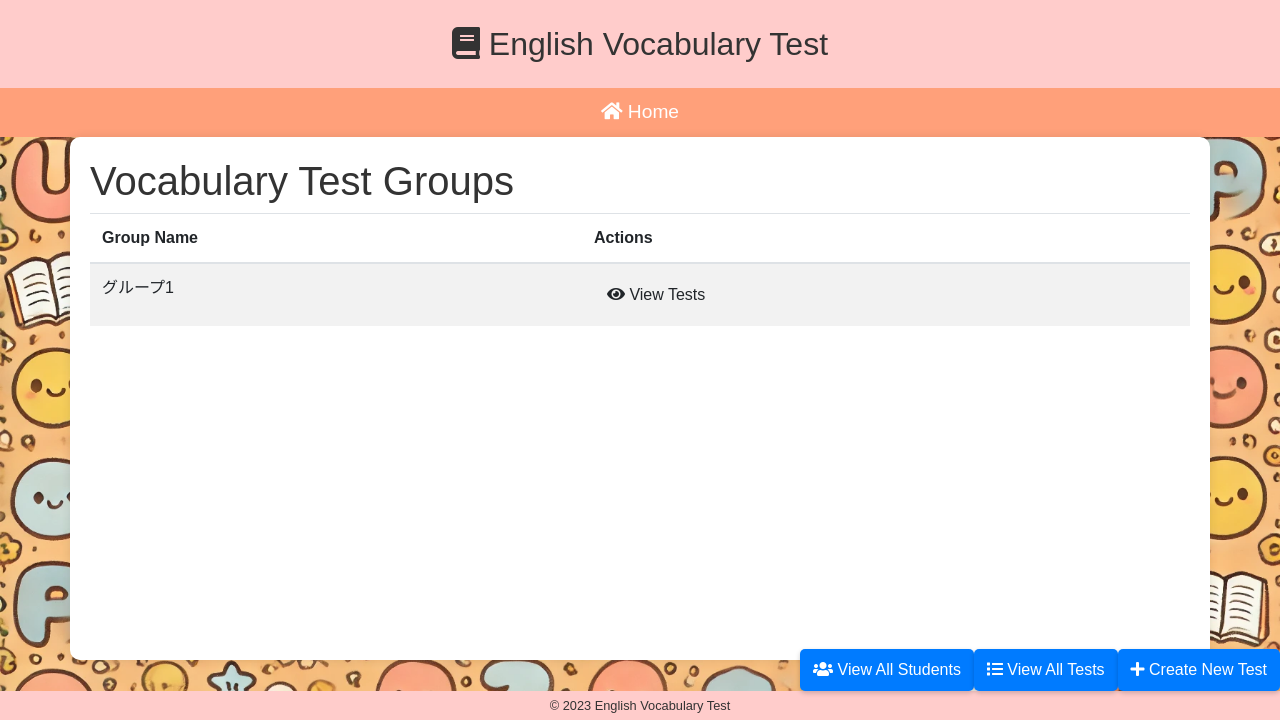
Repository: YamatoGH/testapp
Page: http://localhost/
The author's editor kept a copy of each file at every save. The page is drawn from the files as they stood at one save, then again after the next save.
The browser window is 1280 px wide. The pictures show the whole page.
The page is served by the project's application, run on Django 5.2 (manage.py). Other server files are loaded and not shown.

Above is the page before, as saved 2024-07-30 10:18:43.

### testapp/templates/testapp/home.html
<!DOCTYPE html>
<html>
<head>
    <title>Home</title>
    <link rel="stylesheet" href="https://stackpath.bootstrapcdn.com/bootstrap/4.3.1/css/bootstrap.min.css">
    <link rel="stylesheet" href="https://cdnjs.cloudflare.com/ajax/libs/font-awesome/5.15.3/css/all.min.css">
    <link rel="stylesheet" type="text/css" href="/static/testapp/css/style.css">
</head>
<body>
    <header>
        <i class="fas fa-book"></i> English Vocabulary Test
    </header>
    <nav>
        <a href="/"><i class="fas fa-home"></i> Home</a>
    </nav>
    <div class="container">
        <h1>Vocabulary Test Groups</h1>
        <table class="table table-striped table-hover">
            <thead>
                <tr>
                    <th>Group Name</th>
                    <th>Actions</th>
                </tr>
            </thead>
            <tbody>
                <tr>
                    <td>グループ1</td>
                    <td><a href="/group-tests/1/" class="btn btn-custom"><i class="fas fa-eye"></i> View Tests</a></td>
                </tr>
            </tbody>
        </table>
    </div>

    <div class="fixed-buttons">
        <a href="/students/" class="btn btn-custom view-all-students-button"><i class="fas fa-users"></i> View All Students</a>
        <a href="/all-tests/" class="btn btn-custom all-tests-button"><i class="fas fa-list"></i> View All Tests</a>
        <a href="/create-test/" class="btn btn-custom create-test-button"><i class="fas fa-plus"></i> Create New Test</a>
    </div>

    <footer>
        © 2023 English Vocabulary Test
    </footer>

    <script>
        document.addEventListener("DOMContentLoaded", function() {
            var coll = document.getElementsByClassName("collapsible");
            for (var i = 0; i < coll.length; i++) {
                coll[i].addEventListener("click", function() {
                    this.classList.toggle("active");
                    var content = this.nextElementSibling;
                    if (content.style.display === "block") {
                        content.style.display = "none";
                    } else {
                        content.style.display = "block";
                    }
                });
            }
        });
    </script>
</body>
</html>

### testapp/views.py
from django.shortcuts import render, get_object_or_404, redirect
from .models import Test, Word, Student, Group
from .forms import StudentDetailForm, TestForm
import random

def home(request):
    groups = Group.objects.all()
    return render(request, 'testapp/home.html', {'groups': groups})

def create_test(request):
    if request.method == 'POST':
        form = TestForm(request.POST, request.FILES)  # request.FILESを追加
        if form.is_valid():
            test = form.save()
            return redirect('home')
    else:
        form = TestForm()
    return render(request, 'testapp/create_test.html', {'form': form})

def test_detail(request, pk):
    test = get_object_or_404(Test, pk=pk)
    words = test.words.all()
    return render(request, 'testapp/test_detail.html', {'test': test, 'words': words})

def all_tests(request):
    tests = Test.objects.all()
    return render(request, 'testapp/all_tests.html', {'tests': tests})

def print_test(request, pk, start_index, end_index, shuffle):
    test = get_object_or_404(Test, pk=pk)
    words = list(test.words.all())
    if shuffle == 'yes':
        random.shuffle(words)
    words = words[start_index:end_index]
    return render(request, 'testapp/print_test.html', {'test': test, 'words': words})

def print_test_with_answers(request, pk, start_index, end_index, shuffle):
    test = get_object_or_404(Test, pk=pk)
    words = list(test.words.all())
    if shuffle == 'yes':
        random.shuffle(words)
    words = words[start_index:end_index]
    return render(request, 'testapp/print_test_with_answers.html', {'test': test, 'words': words})

def add_student(request):
    if request.method == 'POST':
        form = StudentDetailForm(request.POST)
        if form.is_valid():
            form.save()
            return redirect('student_list')
    else:
        form = StudentDetailForm()
    return render(request, 'testapp/add_student.html', {'form': form})

def student_list(request):
    students = Student.objects.all()
    return render(request, 'testapp/student_list.html', {'students': students})

def student_detail(request, pk):
    student = get_object_or_404(Student, pk=pk)
    if request.method == 'POST':
        form = StudentDetailForm(request.POST, instance=student)
        if form.is_valid():
            form.save()
            return redirect('student_detail', pk=student.pk)
    else:
        form = StudentDetailForm(instance=student)
    return render(request, 'testapp/student_detail.html', {'student': student, 'form': form})

def group_tests(request, pk):
    group = get_object_or_404(Group, pk=pk)
    tests = group.tests.all()
    return render(request, 'testapp/group_tests.html', {'group': group, 'tests': tests})

### vocab_test/urls.py
"""
URL configuration for vocab_test project.

The `urlpatterns` list routes URLs to views. For more information please see:
    https://docs.djangoproject.com/en/5.0/topics/http/urls/
Examples:
Function views
    1. Add an import:  from my_app import views
    2. Add a URL to urlpatterns:  path('', views.home, name='home')
Class-based views
    1. Add an import:  from other_app.views import Home
    2. Add a URL to urlpatterns:  path('', Home.as_view(), name='home')
Including another URLconf
    1. Import the include() function: from django.urls import include, path
    2. Add a URL to urlpatterns:  path('blog/', include('blog.urls'))
"""
from django.contrib import admin
from django.urls import include, path
from django.conf import settings
from django.conf.urls.static import static

urlpatterns = [
    path('admin/', admin.site.urls),
    path('', include('testapp.urls')),
]+ static(settings.MEDIA_URL, document_root=settings.MEDIA_ROOT)

### testapp/urls.py
from django.urls import path
from . import views

urlpatterns = [
    path('', views.home, name='home'),
    path('create-test/', views.create_test, name='create_test'),
    path('test/<int:pk>/', views.test_detail, name='test_detail'),
    path('print-test/<int:pk>/<int:start_index>/<int:end_index>/<str:shuffle>/', views.print_test, name='print_test'),
    path('print-test-with-answers/<int:pk>/<int:start_index>/<int:end_index>/<str:shuffle>/', views.print_test_with_answers, name='print_test_with_answers'),
    path('add-student/', views.add_student, name='add_student'),
    path('students/', views.student_list, name='student_list'),
    path('students/<int:pk>/', views.student_detail, name='student_detail'),
    path('group-tests/<int:pk>/', views.group_tests, name='group_tests'),
    path('all-tests/', views.all_tests, name='all_tests'),  # 追加
]

### testapp/static/testapp/css/style.css
body {
    font-family: 'Comic Sans MS', cursive, sans-serif;
    background-color: #f0f8ff;
    color: #333;
    margin: 0;
    padding: 0;
    background-image: url('/static/testapp/images/background.jpg');
    background-size: cover;
    background-repeat: no-repeat;
    background-attachment: fixed;
    display: flex;
    flex-direction: column;
    min-height: 100vh;
}

header {
    background-color: #ffcccb;
    padding: 20px;
    text-align: center;
    font-size: 2em;
    color: #333;
}

nav {
    background-color: #ffa07a;
    padding: 10px;
    text-align: center;
}

nav a {
    margin: 0 15px;
    color: #fff;
    text-decoration: none;
    font-size: 1.2em;
}

nav a:hover {
    text-decoration: underline;
}

.container {
    flex: 1;
    padding: 20px;
    background-color: rgba(255, 255, 255, 1.0);
    border-radius: 10px;
    box-shadow: 0 0 10px rgba(0, 0, 0, 0.1);
    margin-bottom: 60px;
}

footer {
    background-color: #ffcccb;
    padding: 5px;
    text-align: center;
    font-size: 0.8em;
    position: fixed;
    width: 100%;
    bottom: 0;
}

form .btn-save {
    background-color: #28a745 !important;
    color: white !important;
    padding: 10px 20px !important;
    border: none !important;
    text-align: center !important;
    text-decoration: none !important;
    display: inline-block !important;
    font-size: 16px !important;
    margin: 4px 2px !important;
    transition-duration: 0.4s !important;
    cursor: pointer !important;
}

form .btn-save:hover {
    background-color: white !important;
    color: black !important;
    border: 2px solid #28a745 !important;
}

form .btn-print {
    background-color: #87CEEB !important;
    color: white !important;
    padding: 10px 20px !important;
    border: none !important;
    text-align: center !important;
    text-decoration: none !important;
    display: inline-block !important;
    font-size: 16px !important;
    margin: 4px 2px !important;
    transition-duration: 0.4s !important;
    cursor: pointer !important;
}

form .btn-print:hover {
    background-color: white !important;
    color: black !important;
    border: 2px solid #87CEEB !important;
}

form .btn-custom {
    background-color: #ffa07a !important;
    color: white !important;
    padding: 8px 12px !important;
    border: none !important;
    text-align: center !important;
    text-decoration: none !important;
    display: inline-block !important;
    font-size: 16px !important;
    margin: 0 !important;
    transition-duration: 0.4s !important;
    cursor: pointer !important;
}

form .btn-custom:hover {
    background-color: white !important;
    color: black !important;
    border: 2px solid #ffa07a !important;
}


.collapsible {
    cursor: pointer;
    padding: 10px;
    width: 100%;
    border: none;
    text-align: center;
    outline: none;
    font-size: 1em;
}

.active, .collapsible:hover {
    background-color: #ddd;
}

.collapsible-content {
    display: none;
    overflow: hidden;
    padding: 0 10px;
}

.fixed-buttons {
    position: fixed !important;
    bottom: 29px !important;
    right: 0px !important;
    display: flex !important;
    flex-direction: row !important;
    gap: 0 !important;
    align-items: center !important;
    z-index: 1000 !important;
    padding: 0 !important;
}

.fixed-buttons .btn-custom {
    background-color: #007bff !important;
    color: white !important;
    padding: 8px 12px !important;
    border-radius: 5px !important;
    text-decoration: none !important;
    box-shadow: 0 2px 5px rgba(0,0,0,0.2) !important;
    transition: background-color 0.3s ease !important;
}

.fixed-buttons .btn-custom:hover {
    background-color: #0056b3 !important;
}

.view-all-students-button,
.all-tests-button,
.create-test-button {
    margin: 0 !important;
}

.form-group {
    display: flex !important;
    align-items: center !important;
}

.form-group button,
.form-group .btn-custom {
    margin-left: 10px !important;
}

After the next save:
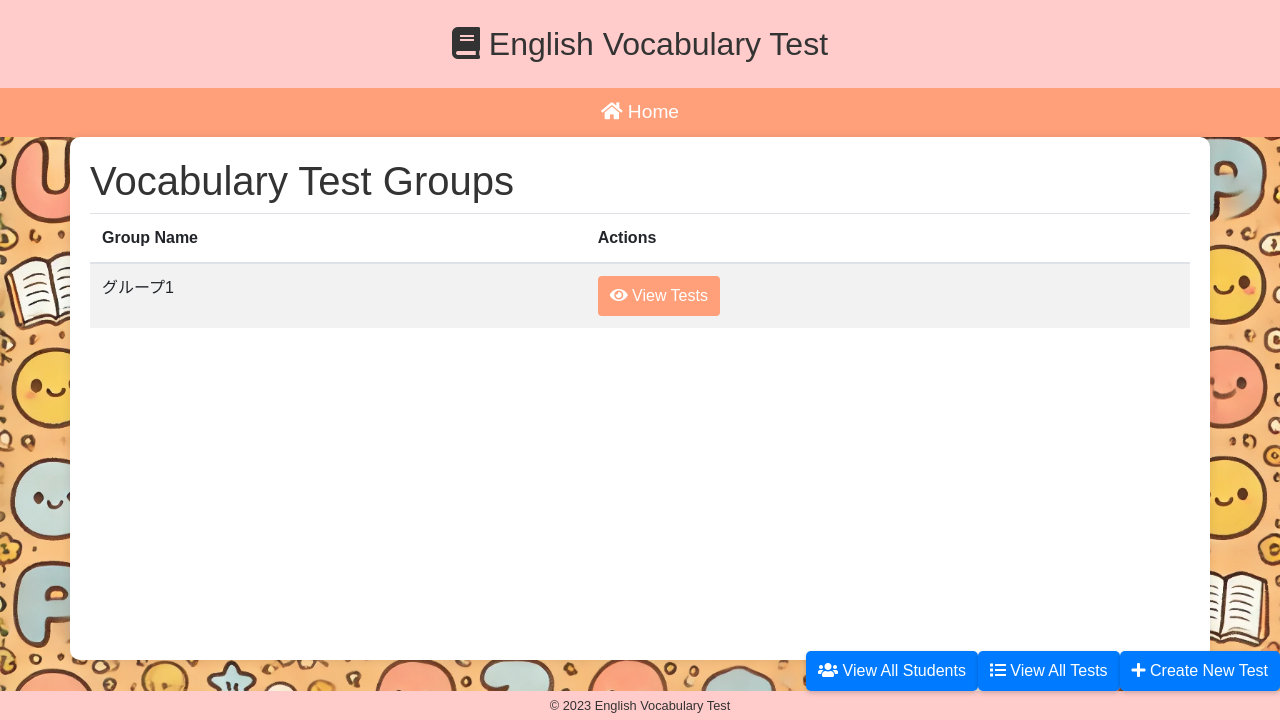
Saved 10 min 58 s later.
--- a/testapp/static/testapp/css/style.css
+++ b/testapp/static/testapp/css/style.css
@@ -97,7 +97,7 @@ form .btn-print:hover {
     border: 2px solid #87CEEB !important;
 }
 
-form .btn-custom {
+.btn-custom {
     background-color: #ffa07a !important;
     color: white !important;
     padding: 8px 12px !important;
@@ -111,7 +111,7 @@ form .btn-custom {
     cursor: pointer !important;
 }
 
-form .btn-custom:hover {
+.btn-custom:hover {
     background-color: white !important;
     color: black !important;
     border: 2px solid #ffa07a !important;
